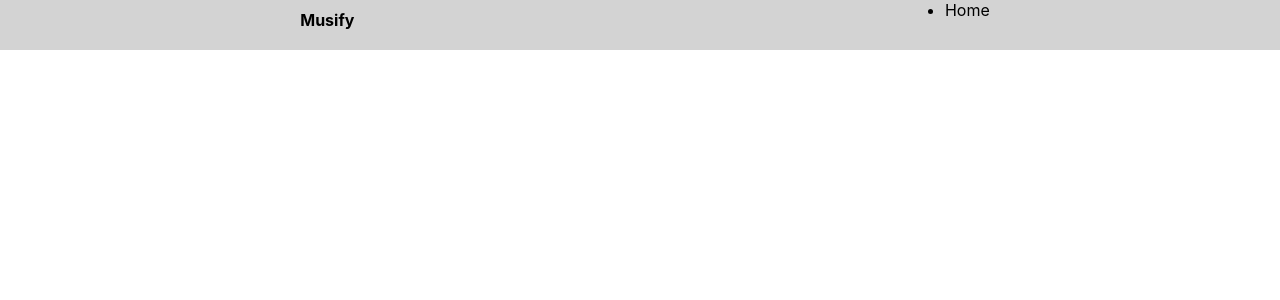
Repository: yuqiant/musify
Page: / (app in musify/)
These files come from the project's save history. The page is drawn as it stood at one moment and after the next save; the edit follows.
The browser window is 1280 px wide. The pictures show the whole page.
The project was rebuilt for these pictures with package versions that can differ from the ones it lists, and the page was loaded fresh each time. Also part of the build but not shown: musify/src/App.css, musify/src/home/index.js.

Above is the page before, as saved 2023-11-30 00:49:00.

After the next save:
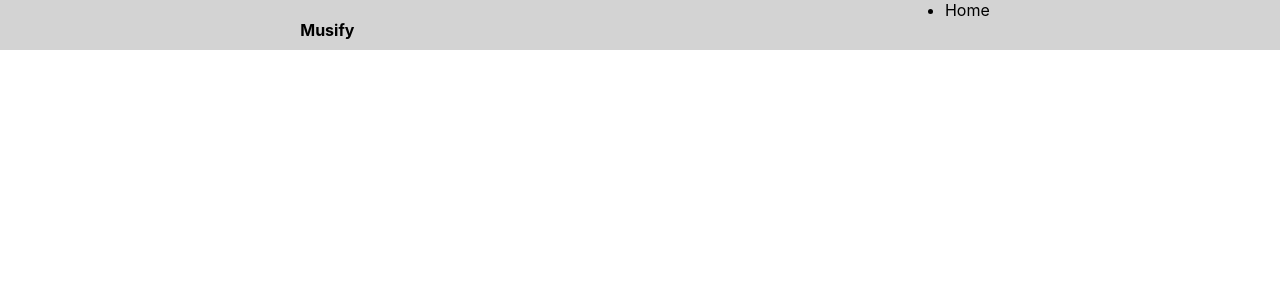
Saved 12 s later.
--- a/musify/src/navbar/index.css
+++ b/musify/src/navbar/index.css
@@ -69,5 +69,5 @@
 .bold-left-align {
     font-weight: bold;
     text-align: left;
-    padding: 10px 10px;
+    padding: 20px 10px;
 }
